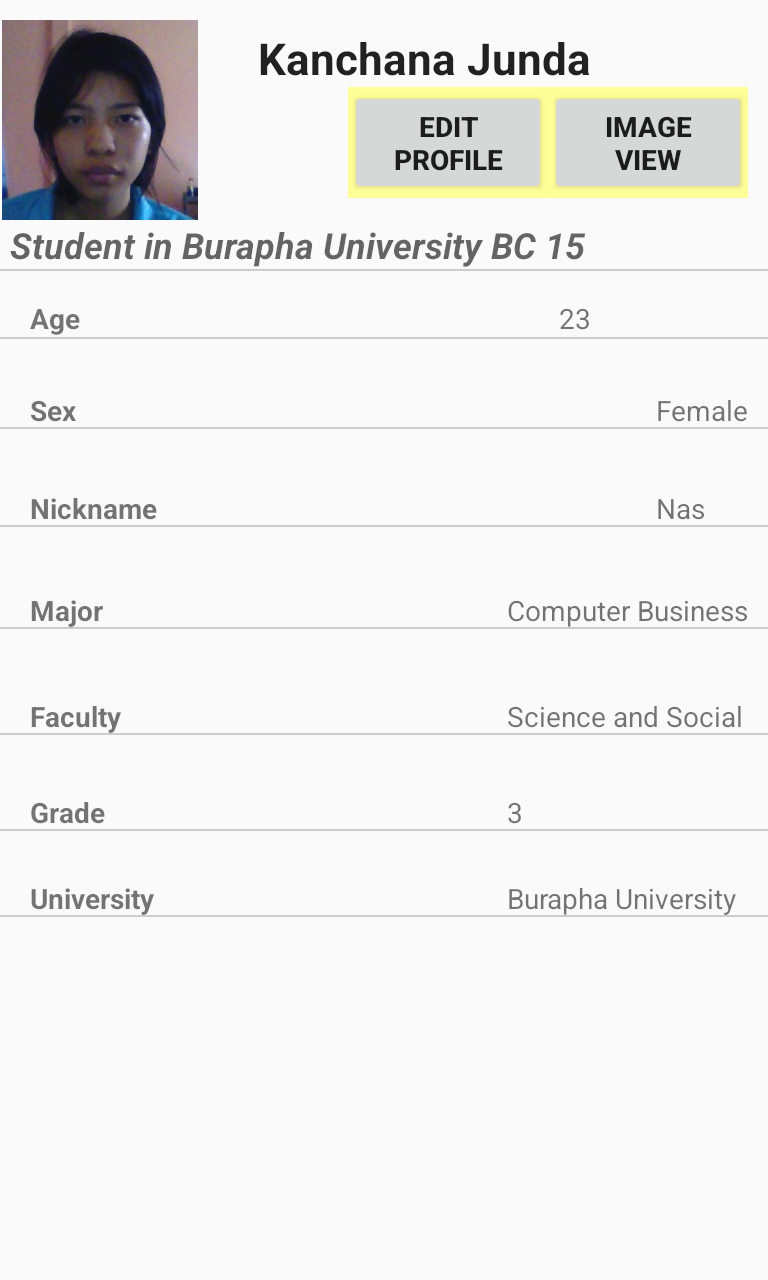
Repository: Android55410599/PROFILE
Layout: Resume_55410559/res/layout/activity_main.xml
These files come from the project's save history. The layout is drawn as it stood at one moment and after the next save; the edit follows.
It is drawn on a 768 x 1280 px phone screen (xhdpi) without system bars, with theme AppTheme; the app's code is not run.

Above is the layout before, as saved 2014-09-03 10:01:34.

After the next save:
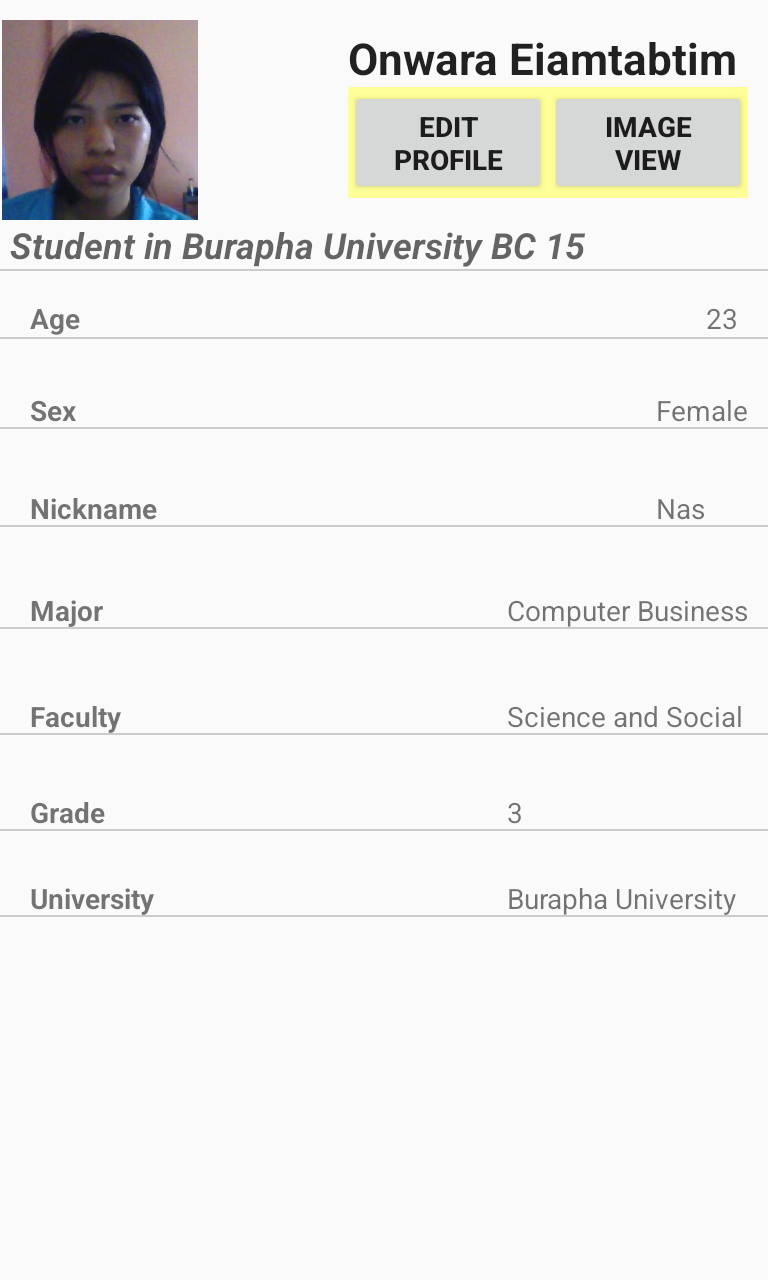
Saved 3 h 7 min later.
--- a/Resume_55410559/res/layout/activity_main.xml
+++ b/Resume_55410559/res/layout/activity_main.xml
@@ -21,11 +21,10 @@
         android:id="@+id/textView1"
         android:layout_width="wrap_content"
         android:layout_height="wrap_content"
+        android:layout_alignLeft="@+id/linearLayout3"
         android:layout_alignParentTop="true"
-        android:layout_marginLeft="29dp"
         android:layout_marginTop="14dp"
-        android:layout_toRightOf="@+id/linearLayout1"
-        android:text="Kanchana Junda"
+        android:text="Onwara Eiamtabtim"
         android:textAppearance="?android:attr/textAppearanceLarge"
         android:textStyle="bold" />
 
